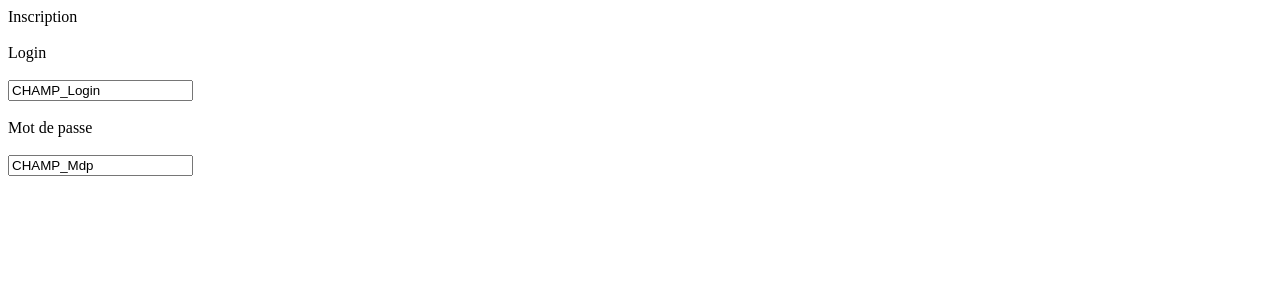
Repository: AntoAnt/WikiScolaire-
Page: http://localhost/InterfaceWikiScolair/Inscription.jsp
These files come from the project's save history. The page is drawn as it stood at one moment and after the next save; the edit follows.
The browser window is 1280 px wide. The pictures show the whole page.
The page is served by Tomcat 9.

Above is the page before, as saved 2017-04-18 06:59:21.

After the next save:
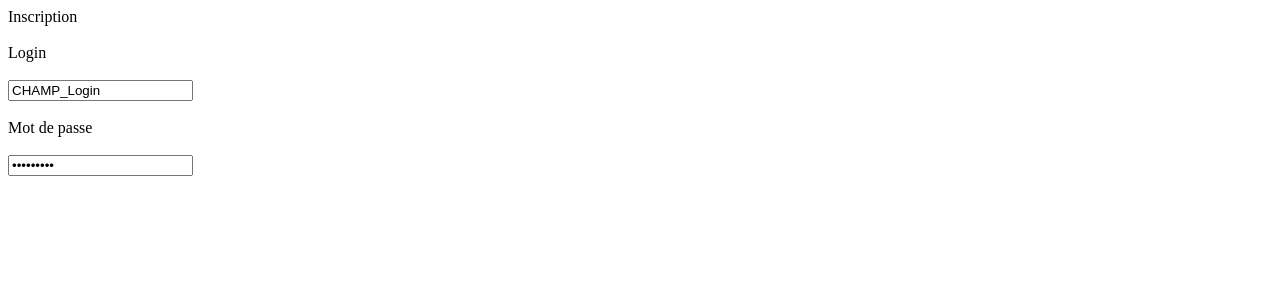
Saved 8 h 3 min later.
--- a/InterfaceWikiScolair/WebContent/Inscription.jsp
+++ b/InterfaceWikiScolair/WebContent/Inscription.jsp
@@ -4,14 +4,14 @@
 <html>
 <head>
 <meta http-equiv="Content-Type" content="text/html; charset=ISO-8859-1">
-<title>Insert title here</title>
+<title>Inscription</title>
 </head>
 <body>
 Inscription<br></br>
 Login<br></br>
 <input type="text" value="CHAMP_Login" ><br></br>
 Mot de passe <br></br>
-<input type="text" value="CHAMP_Mdp" ><br></br>
+<input type="password" value="CHAMP_Mdp" ><br></br>
 
 </body>
 </html>
